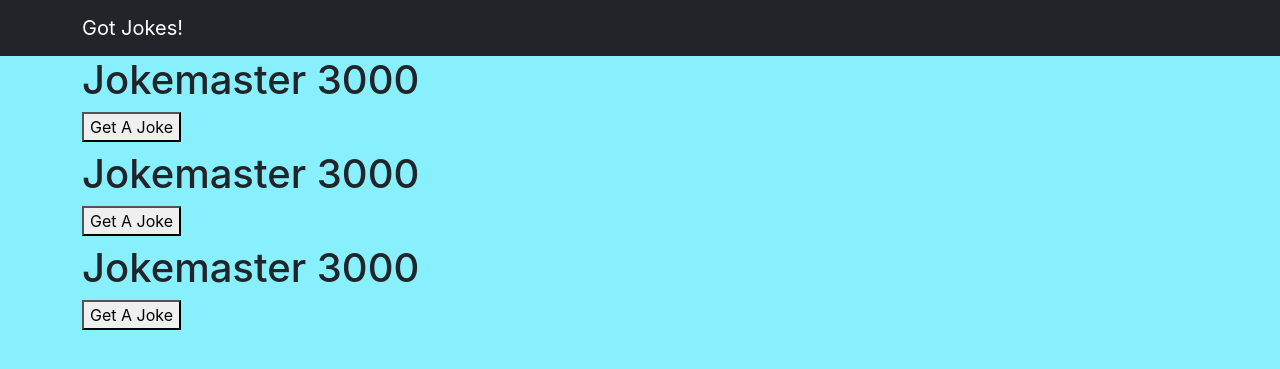
Repository: jontslater/LAB-joke-generator-react
Page: /
These files come from the project's save history. The page is drawn as it stood at one moment and after the next save; the edit follows.
The browser window is 1280 px wide. The pictures show the whole page.
The project was rebuilt for these pictures with package versions that can differ from the ones it lists, and the page was loaded fresh each time. The framework's server and built-in components were replaced by stand-ins that run in the browser. Also part of the build but not shown: next.config.js.

Above is the page before, as saved 2024-01-12 15:36:46.

After the next save:
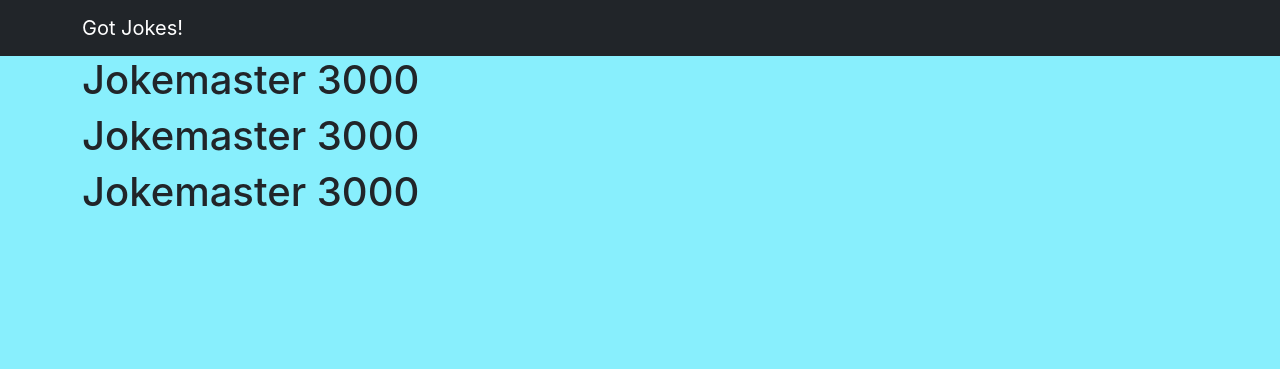
Saved 48 s later.
--- a/components/Jokes.js
+++ b/components/Jokes.js
@@ -2,7 +2,6 @@ import { useState } from 'react';
 
 function Jokes({ title }) {
   const initialValue = 'Get A Joke';
-  const [buttonText, setButtonText] = useState(initialValue);
   const [jokes, setJokes] = useState('FirstCard');
 
   function getJokes() {
@@ -16,25 +15,9 @@ function Jokes({ title }) {
   // useEffect(() => {
   // });
 
-  const handleClick = () => {
-    setButtonText('get punchline');
-  };
-
   return (
     <>
       <h1>Jokemaster 3000</h1>
-      {jokes === 'FirstCard' && (
-      <button
-        title="1"
-        type="button"
-        onClick={() => {
-          getJokes();
-        }}
-      >{buttonText}
-      </button>
-      ) }
-
-      <h1>{jokes.setup}</h1>
     </>
   );
 }
